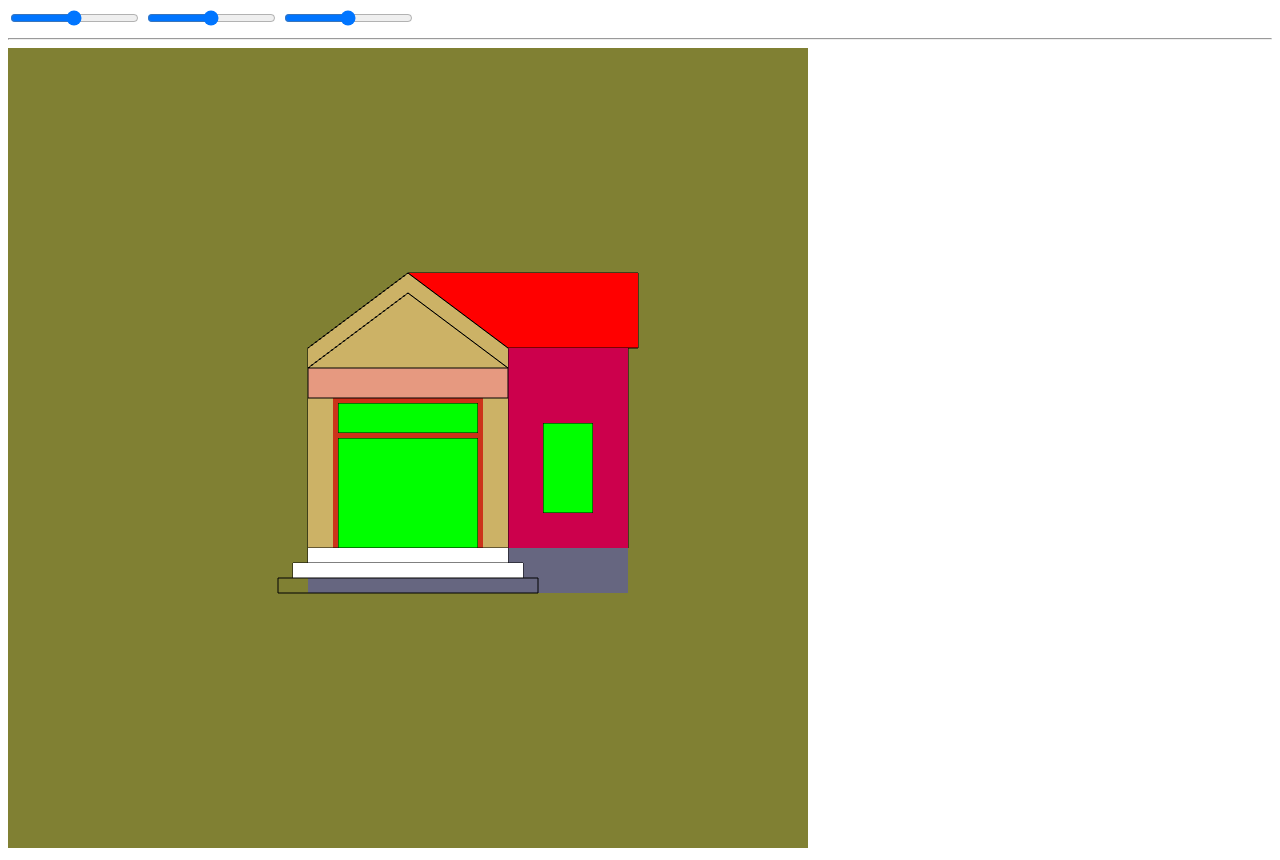
Repository: JoinGame-A36664/Build-House-WebGL
Page: index.html
These files come from the project's save history. The page is drawn as it stood at one moment and after the next save; the edit follows.
The browser window is 1280 px wide. The pictures show the whole page.

Above is the page before, as saved 2021-10-24 23:48:20.
Console error: ReferenceError: program is not defined

After the next save:
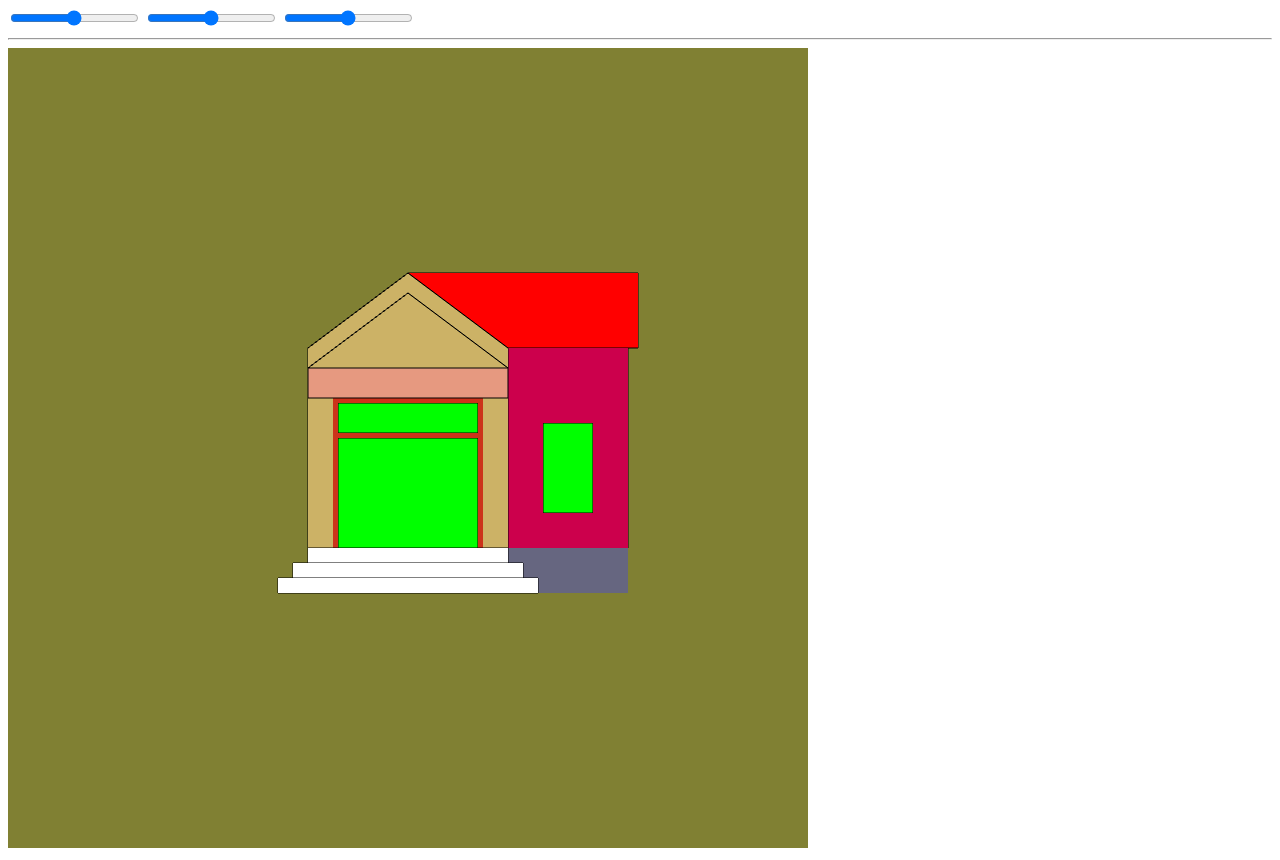
Saved 8 s later.
--- a/Bietthu1.js
+++ b/Bietthu1.js
@@ -244,10 +244,10 @@ function buildHouse(program, vertices, vertexColors) // Truyền vào những g
                     wall(program, vertices[82], vertices[78], vertices[77], vertices[81], vertexColors[7]);
                     wall(program, vertices[83], vertices[84], vertices[85], vertices[86], vertexColors[0]);
                     wall(program, vertices[83], vertices[84], vertices[87], vertices[88], vertexColors[7]);
-                    // wall(program, vertices[85], vertices[84], vertices[87], vertices[90], vertexColors[7]);
-                    // wall(program, vertices[85], vertices[86], vertices[89], vertices[90], vertexColors[7]);
-                    // wall(program, vertices[88], vertices[83], vertices[89], vertices[86], vertexColors[7]);
-                    // wall(program, vertices[80], vertices[76], vertices[77], vertices[81], vertexColors[7]);
+                    wall(program, vertices[85], vertices[84], vertices[87], vertices[90], vertexColors[7]);
+                    wall(program, vertices[85], vertices[86], vertices[89], vertices[90], vertexColors[7]);
+                    wall(program, vertices[88], vertices[83], vertices[89], vertices[86], vertexColors[7]);
+                    wall(program, vertices[80], vertices[76], vertices[77], vertices[81], vertexColors[7]);
 
 
                     wall(program, vertices[5], vertices[92], vertices[94], vertices[30], vertexColors[10]);
